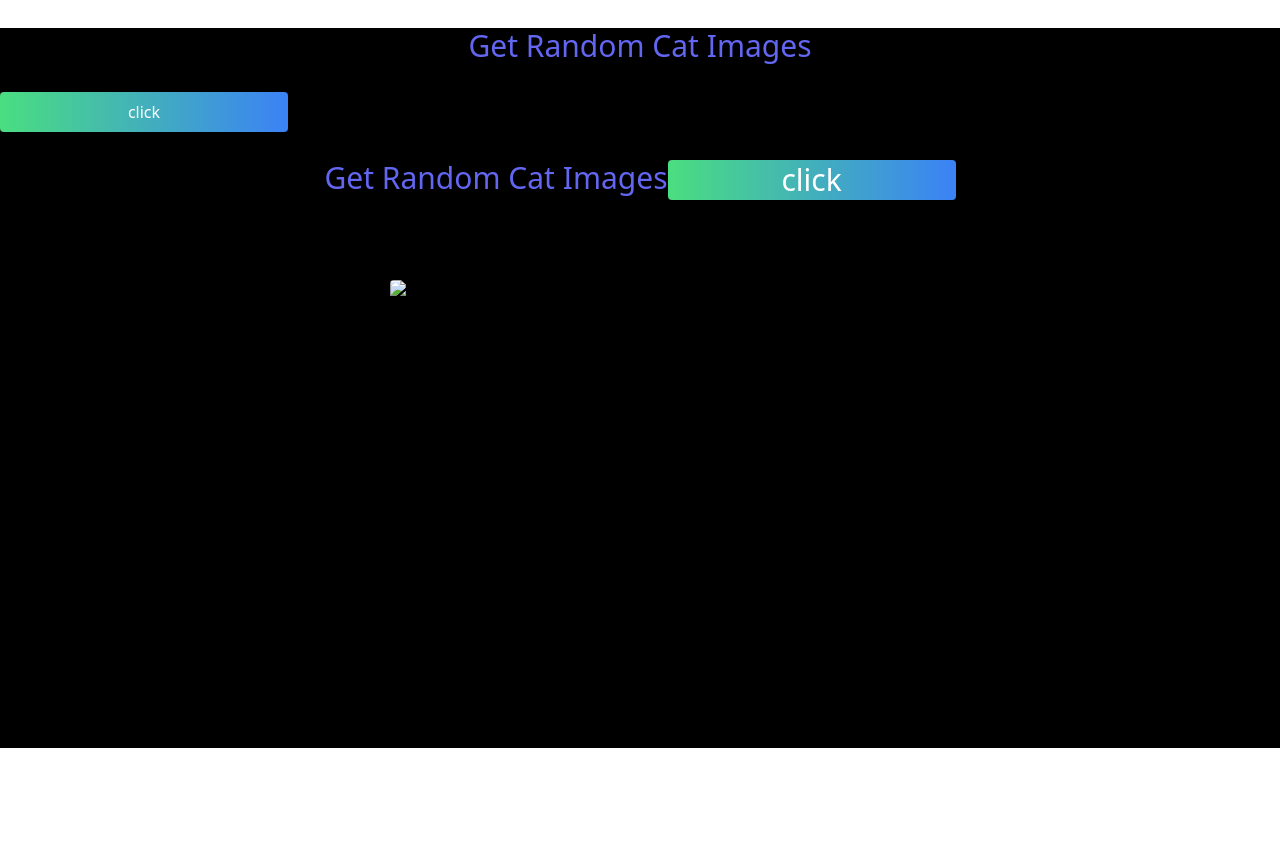
Repository: tentaciones/catMemeGenerator
Page: /
An editor plug-in stored every save of this project. The page is shown before and after the next save, followed by the edit.
The browser window is 1280 px wide. The pictures show the whole page.
The page's requests for data from a server got no answer. Some web fonts or font styles are not loaded; a fallback is used. The project was rebuilt for these pictures with package versions that can differ from the ones it lists, and the page was loaded fresh each time. No one was signed in, and anything a server would have sent is missing. Also part of the build but not shown: src/components/Navbar.jsx, src/components/Header.jsx, src/components/Post.jsx, src/components/Sidebar.jsx, src/pages/home.jsx.

Above is the page before, as saved 2022-07-07 20:00:36.

After the next save:
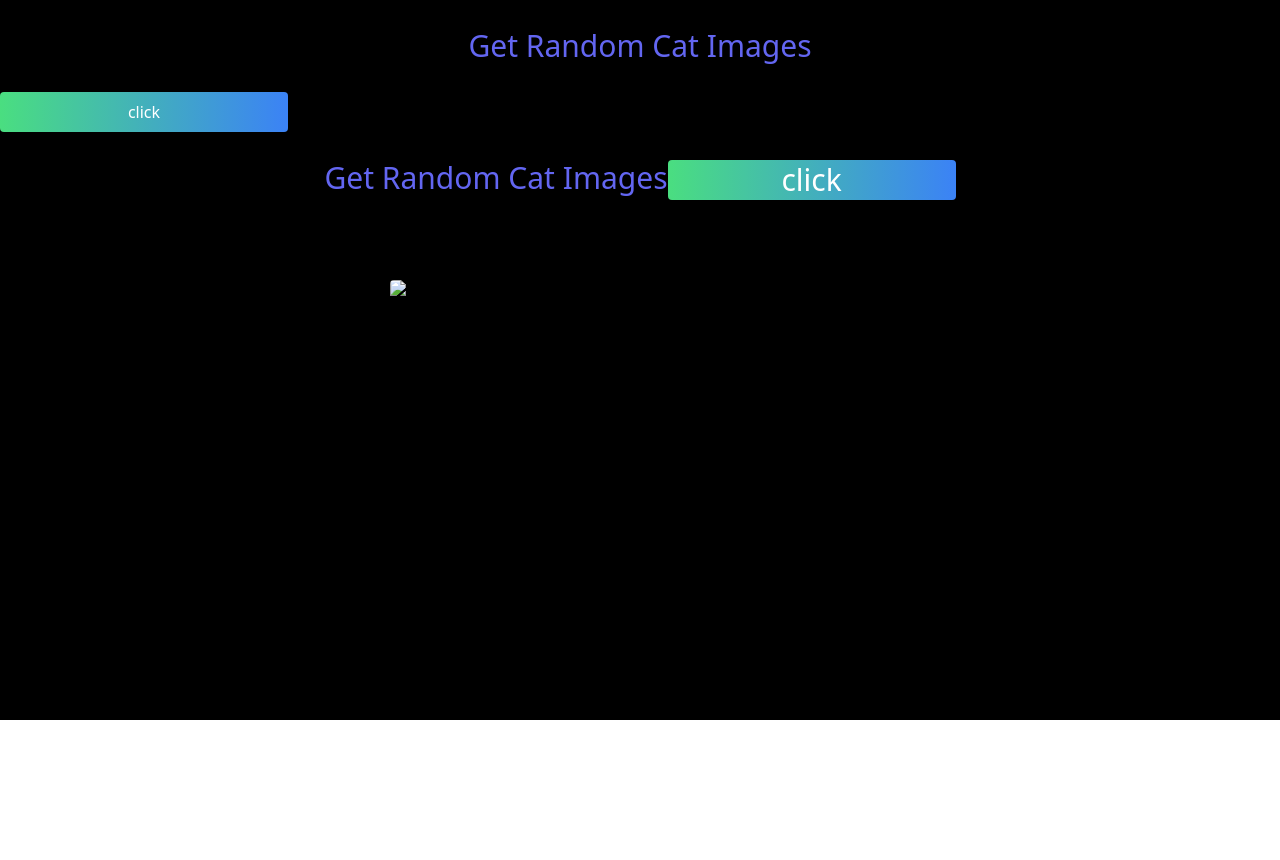
Saved 39 s later.
--- a/src/pages/Generator.jsx
+++ b/src/pages/Generator.jsx
@@ -23,8 +23,8 @@
 
   return (
     <div className="bg-black h-screen">
-      <div className="flex text-indigo-500 text-3xl justify-center mt-7">
-        Get Random Cat Images
+      <div className="flex text-indigo-500 text-3xl justify-center ">
+        <div className="mt-7"> Get Random Cat Images</div>
       </div>
       <button
         onClick={getCat}
